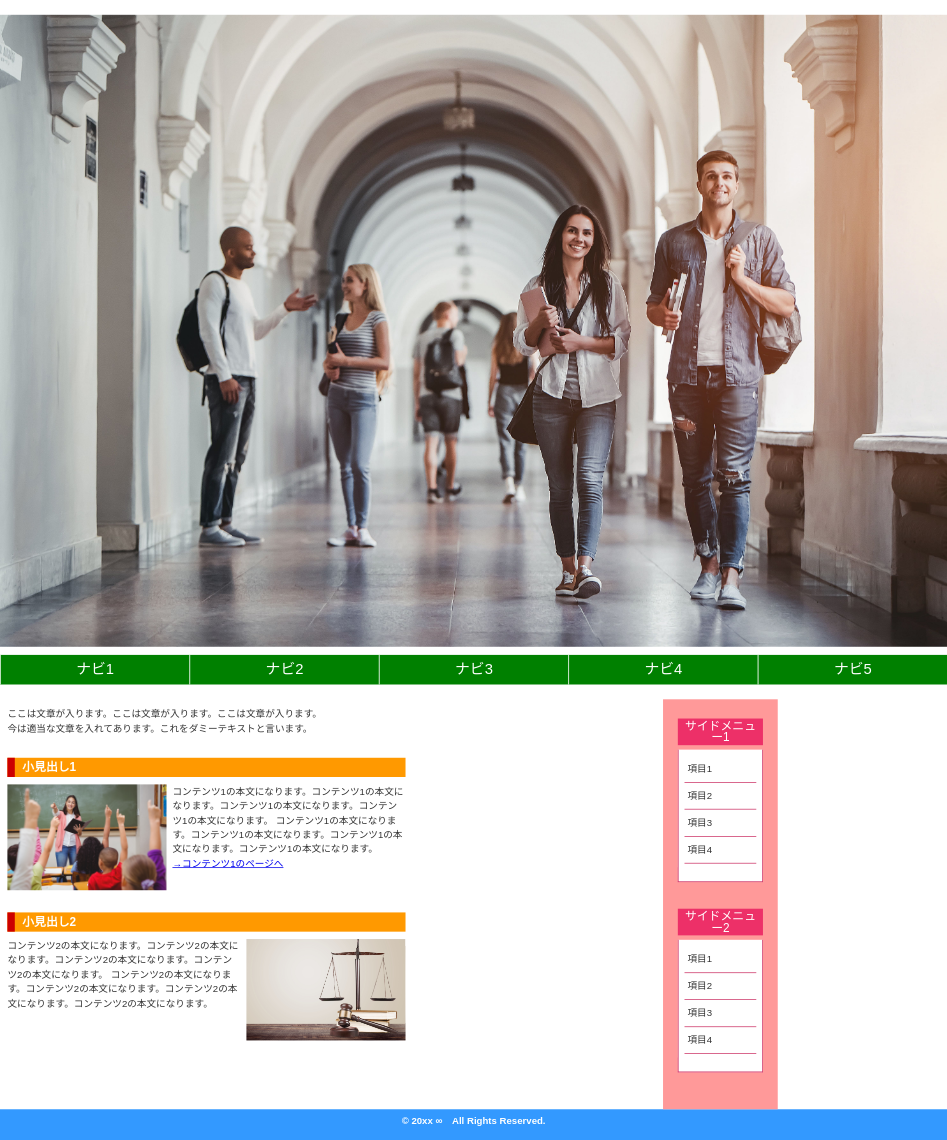
Repository: makamaka2021/samurai_HTML-CSS
Page: home.html
The author's editor kept a record of every edit. The page is drawn from the files as they stood at one moment, then again after the next edit.
The browser window is 1280 px wide. The pictures show the whole page, at 74% of full size.

Above is the page before.

### home.html
<!DOCTYPE html>
<html lang="ja">
<head>
    <meta charset="UTF-8">
    <title>HTML/CSSの学習</title>
　　<link rel="stylesheet" href="stylesheet.css">
</head>
<body>
    <div id="header">
        <h1><a href="index.html"><img id="corridor" src="images/corridor.jpg" alt="大学の廊下" /></a></h1>
    </div>
    <div id="wrapper">
        <div id="nav">
            <ul>
                <li><a href="home.html">ナビ1</a></li>
                <li><a href="#">ナビ2</a></li>
                <li><a href="#">ナビ3</a></li>
                <li><a href="#">ナビ4</a></li>
                <li><a href="#">ナビ5</a></li>
            </ul>
        </div>
        <div id="container">
            <div id="main">
                <div class="post">
                    <p>ここは文章が入ります。ここは文章が入ります。ここは文章が入ります。<br />今は適当な文章を入れてあります。これをダミーテキストと言います。</p>
                </div>
                <div class="post clearfix">
                    <h2>小見出し1</h2>
                    <img class="left" src="images/classroom.jpg" alt="授業風景" />
                    <p>
                    コンテンツ1の本文になります。コンテンツ1の本文になります。コンテンツ1の本文になります。コンテンツ1の本文になります。
                    コンテンツ1の本文になります。コンテンツ1の本文になります。コンテンツ1の本文になります。コンテンツ1の本文になります。
                    </p>
                    <p><a href="#">→コンテンツ1のページへ</a></p>
                </div>
                <div class="post clearfix">
                    <h2>小見出し2</h2>
                    <img class="right" src="images/scale.jpg" alt="天秤" />
                    <p>
                        コンテンツ2の本文になります。コンテンツ2の本文になります。コンテンツ2の本文になります。コンテンツ2の本文になります。
                        コンテンツ2の本文になります。コンテンツ2の本文になります。コンテンツ2の本文になります。コンテンツ2の本文になります。
                    </p>
                </div>
            </div>
            <div id="side">
                <div class="box">
                    <h2>サイドメニュー1</h2>
                    <div class="boxBody">
                        <ul>
                            <li>項目1</li>
                            <li>項目2</li>
                            <li>項目3</li>
                            <li>項目4</li>
                        </ul>
                    </div>
                </div>
                <div class="box">
                    <h2>サイドメニュー2</h2>
                    <div class="boxBody">
                        <ul>
                            <li>項目1</li>
                            <li>項目2</li>
                            <li>項目3</li>
                            <li>項目4</li>
                        </ul>
                    </div>
                </div>
            </div>
        </div>

    </div>
    <div id="footer">
        <p>&copy; 20xx ∞　All Rights Reserved.</p>
    </div>
</body>
</html>

### stylesheet.css
@charset "utf-8";

body {
	margin: 0;
	padding: 0;
	font-family: "ヒラギノ角ゴ Pro W3", "Hiragino Kaku Gothic Pro", "メイリオ", Meiryo, Osaka, "ＭＳ Ｐゴシック", "MS PGothic", sans-serif;
	color: #333;
	font-size: 13px;
	line-height: 150%;
}

/* -------------------- wrapper -------------------- */
#wrapper {
	width: 100%;
	margin: auto;
	padding: 0px;
	border: 0px;
	background-color: #FFF;
	top:10px;
	position: relative;
}

/* -------------------- header -------------------- */
#header{
  width:100%;
}

#header h1{
  margin:0;
  padding: 0;
}

#corridor{
  width: 100%;
  height:auto;
}

#footer{
  clear: both;
  width: 100%;
  padding: 3px 0 3px 0;
  background: #39F;
  color: #FFF;
  font-weight: bold;
  text-align: center;
}

#nav{
  width:100%;
}

#nav ul{
  display:flex;
  margin:0;
  padding:0;
  list-style-type: none;
}

#nav ul li {
  width:20%;
  text-align: center;
}

#nav ul li a{
  display: block;
  height:20px;
  margin:0;
  padding: 10px;
  color:#FFF;
  font-size: 20px;
  text-decoration: none;
  background-color: green;
  border-left: 1px solid white;
}

#nav ul li a:hover{
  filter: drop-shadow(10px 10px 10px black);
}
/* -------------------- container -------------------- */
#container{
  width:100%;
  margin:auto;
  padding-top:20px;
  clear:both;
  display:grid;
  grid-template-columns: 70vw 30vw
}
/* -------------------- main -------------------- */
#main{
  float: left;
  width: 60%;
  padding:10px 30px 10px 10px;
}

#main h2{
  margin:0 0 10px 0;
  padding:3px 10px 3px 10px;
  color:#FFF;
  font-size: 16px;
  border-left: solid 10px #C00;
  background-color: #F90;
}

#main p{
  margin:0;
  padding:0;
}

#main .post{
  margin: 0 0 30px 0;
}

#main .post img.right{
  margin:0 0 0 8px;
}

#main .post img.left{
  margin:0 8px 0 0;
}

.right{
  float: right;
  width: 40%;
  height: auto;
}

.left{
  float:left;
  width: 40%;
  height: auto;
}

/* -------------------- clearfix -------------------- */
.clearfix{
   zoom: 1;
}

.clearfix:after{
  content:"";
  display: block;
  clear:both;
}

/* -------------------- side -------------------- */
#side {
  float: right;
  width:30%;
  padding:20px;
  background-color: #F99;
}

#side .box{
  margin: 0 auto 30px auto;
  padding: 0 0 0 0;
  background: url(images/side_box.png) bottom no-repeat;
}

#side .box h2{
  margin: 0;
  padding: 8px;
  text-align: center;
  color: #fff;
  font-size: 16px;
  line-height: 16px;
  font-weight: normal;
  background: url(images/side_box_h2.png) center no-repeat;
}

#side .box .boxBody{
 padding: 8px;
 border-right: solid 1px #C36;
 border-bottom: solid 1px #C36;
 border-left: solid 1px #C36;
 background: #fff;
}

#side .box .boxBody ul{
  margin: 0 0 16px 0;
  padding: 0;
}

#side .box .boxBody ul li{
  padding:8px 0 8px 4px;
  list-style: none;
  border-bottom: solid 1px #C36;
}

#side .box .boxBody ul li:hover {
  padding:8px 0 8px 4px;
  list-style: none;
  border-bottom:solid 1px #C36;
  box-shadow:0px 4px 4px rgba(0, 0, 0, 0.2);
}

After the next edit:
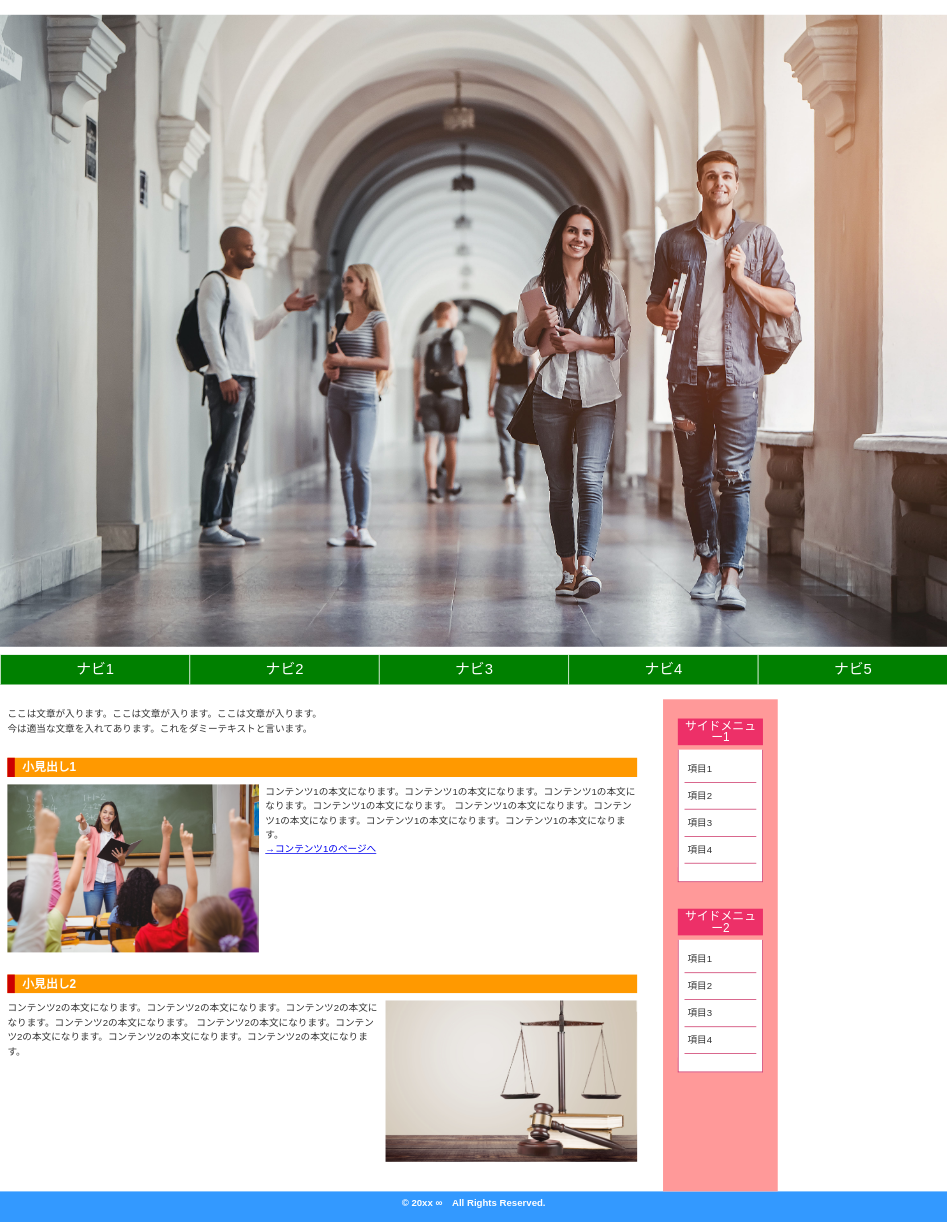
The edit:
--- a/stylesheet.css
+++ b/stylesheet.css
@@ -87,8 +87,7 @@
 }
 /* -------------------- main -------------------- */
 #main{
-  float: left;
-  width: 60%;
+  width:95%;
   padding:10px 30px 10px 10px;
 }
 
